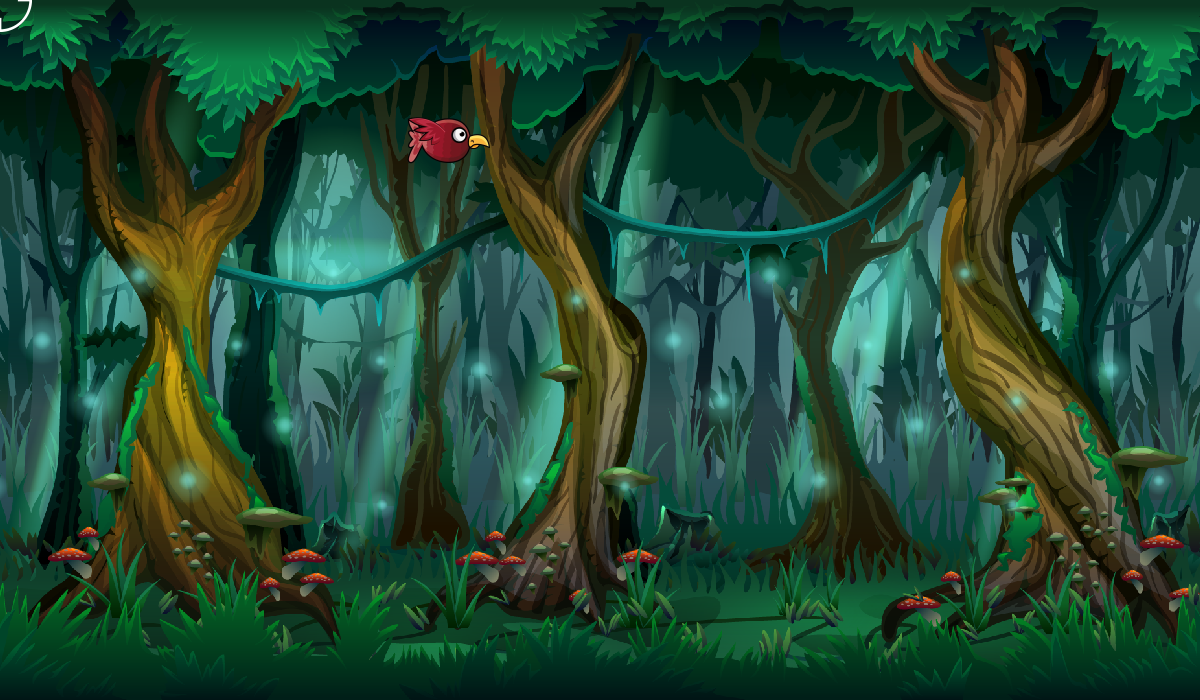
Repository: mys-pro/demo_shooting_bird_vision
Script's output: python main.py
An editor plug-in stored every save of this project. The script's output is shown before and after the next save, followed by the edit.
The window is shown after at most 60 frames with no key pressed. Random numbers start from a fixed seed. It also reads assets/images/backgrounds/Cartoon_Forest_BG_01.png, assets/images/backgrounds/Cartoon_Forest_BG_02.png, assets/images/backgrounds/Cartoon_Forest_BG_03.png, assets/images/backgrounds/Cartoon_Forest_BG_04.png, assets/images/birds/bird1/b-1.png, assets/images/birds/bird1/b-2.png, assets/images/birds/bird1/b-3.png, assets/images/birds/bird1/b-4.png, assets/images/icon.png, assets/images/viewfinder.png.

Above is the script's output before, as saved 2024-06-16 18:01:59.

### main.py
import pygame
import os
import random
import sys

# Khởi tạo pygame
pygame.init()
pygame.display.set_caption("Shooting Bird")
icon = pygame.image.load('assets/images/icon.png')
pygame.display.set_icon(icon)

SCREEN_WIDTH, SCREEN_HEIGHT = 1200, 700
FPS = 60
SCREEN = pygame.display.set_mode((SCREEN_WIDTH, SCREEN_HEIGHT))

# Xử lý ống ngắm
class viewFinder:
    def __init__ (self):
        pygame.event.set_grab(True)
        pygame.mouse.set_visible(False)
        self.image = pygame.image.load('assets/images/viewfinder.png').convert_alpha()
        self.image_copy = self.image.copy()
        self.image_smaller = pygame.transform.scale(self.image_copy, (self.image_copy.get_width() // 2, self.image_copy.get_height() // 2))
        self.rect = self.image_smaller.get_rect()
        self.rect.center = (SCREEN_WIDTH // 2, SCREEN_HEIGHT // 2)

    def follow_mouse(self):
        self.rect.center = pygame.mouse.get_pos()

    def draw(self, screen):
        screen.blit(self.image, self.image.get_rect(center=self.rect.center).topleft)

# Khởi tạo con chim
class birds:
    def __init__(self, x, y, folder_name, speed, frame_rate):
        self.images = []
        folder_path = os.path.join('assets/images/birds', folder_name)
        for file_name in os.listdir(folder_path):
            full_path = os.path.join(folder_path, file_name)
            if os.path.isfile(full_path):
                self.images.append(pygame.image.load(full_path).convert_alpha())

        self.index = 0
        self.image = self.images[self.index]
        self.image_copy = self.image.copy()
        self.image_smaller = pygame.transform.scale(self.image_copy, (self.image_copy.get_width(), self.image_copy.get_height() - 10))
        self.rect = self.image_smaller.get_rect()
        self.rect.center = (SCREEN_WIDTH // 2, SCREEN_HEIGHT // 2)
        self.rect.x = x
        self.rect.y = y
        self.speed = speed
        self.frame_rate = frame_rate
        self.frame_rate_count = 0

    def update(self):
        self.frame_rate_count += 1

        if self.frame_rate_count >= self.frame_rate:
            self.index += 1
            self.frame_rate_count = 0

        if self.index >= len(self.images) - 1:
            self.index = 0
        self.image = self.images[self.index]

        self.rect.x += self.speed
        if self.rect.x >= SCREEN_WIDTH:
            self.rect.x = 0

    def draw(self, screen):
        screen.blit(self.image, self.rect)

# Lấy background ngẫu nhiên
def get_background(folder_path, SCREEN_WIDTH, SCREEN_HEIGHT):
    backgrounds = []
    for file_name in os.listdir(folder_path):
        full_path = os.path.join(folder_path, file_name)
        if os.path.isfile(full_path):
             backgrounds.append(pygame.image.load(full_path).convert())

    bg = random.choice(backgrounds)
    bg_width, bg_height = bg.get_size()
    scale_factor = max(SCREEN_WIDTH / bg_width, SCREEN_HEIGHT / bg_height)

    new_width = int(bg_width * scale_factor)
    new_height = int(bg_height * scale_factor)
    bg = pygame.transform.scale(bg, (new_width, new_height))

    bg_x = (SCREEN_WIDTH - new_width) // 2
    bg_y = (SCREEN_HEIGHT - new_height) // 2
    return bg, bg_x, bg_y

explosion_group = pygame.sprite.Group()

# Vẽ hình ảnh
def draw(SCREEN, background, view_finder, bird):
    bg, bg_x, bg_y = background
    SCREEN.blit(bg, (bg_x, bg_y))

    bird.update()
    bird.draw(SCREEN)

    view_finder.follow_mouse()
    view_finder.draw(SCREEN)
    pygame.display.update()

def main(SCREEN):
    background = get_background('assets/images/backgrounds/', SCREEN_WIDTH, SCREEN_HEIGHT) # Gọi hàm get_background
    view_finder = viewFinder()
    bird = birds(100, 100, 'bird1', 5, 8)
    running = True
    while running:
        for event in pygame.event.get():
            if event.type == pygame.QUIT or (event.type == pygame.KEYDOWN and event.key == pygame.K_ESCAPE):
                running = False

        draw(SCREEN, background, view_finder, bird)
        pygame.time.Clock().tick(FPS)
    pygame.quit()

if __name__ == "__main__":
    main(SCREEN)

After the next save:
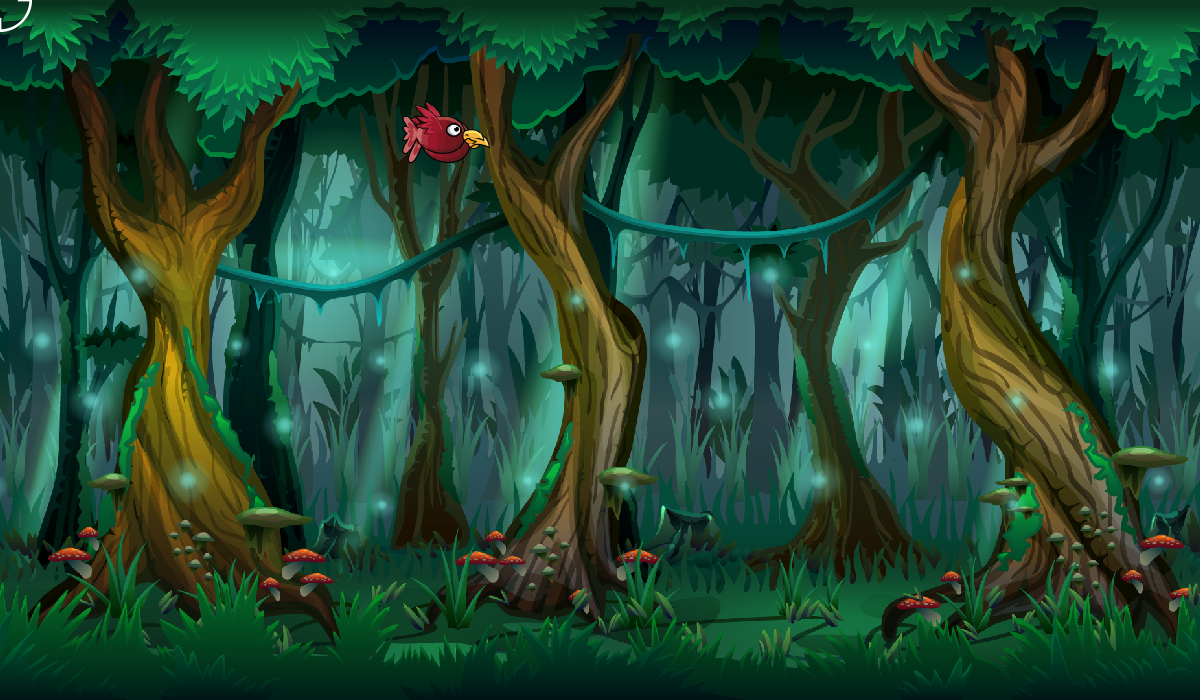
Saved 58 s later.
--- a/main.py
+++ b/main.py
@@ -69,6 +69,7 @@ class birds:
 
     def draw(self, screen):
         screen.blit(self.image, self.rect)
+        screen.blit(self.image_smaller, self.rect.topleft)
 
 # Lấy background ngẫu nhiên
 def get_background(folder_path, SCREEN_WIDTH, SCREEN_HEIGHT):
